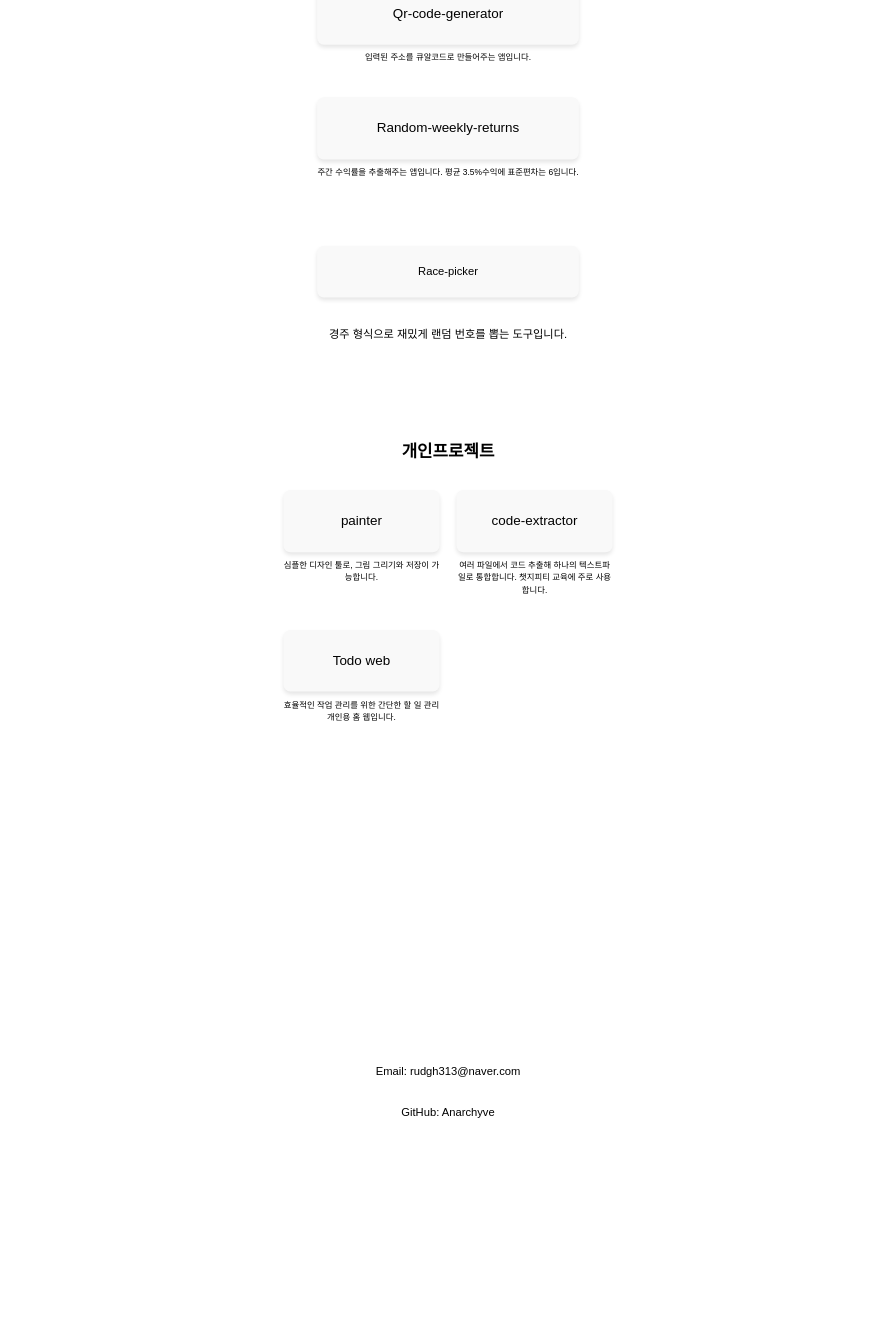
Repository: Anarchyve/portfolio
Page: index.html
An editor plug-in stored every save of this project. The page is shown before and after the next save, followed by the edit.
The browser window is 1280 px wide. The pictures show the part of the page from y = 1680 to 3600 px (the page is 3600 px tall), at 70% of full size.

Above is the page before, as saved 2024-11-17 20:00:04.

After the next save:
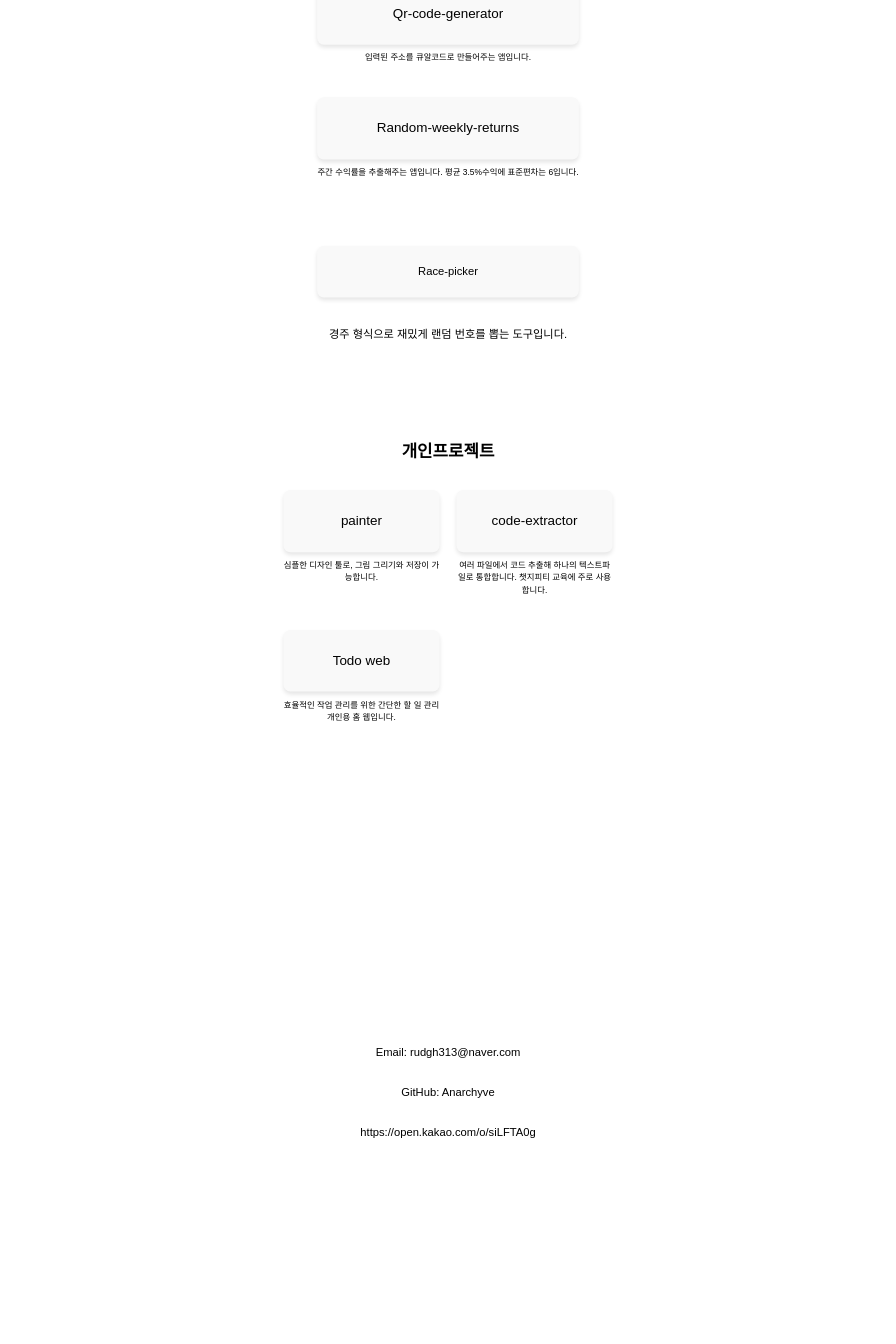
Saved 3 min 8 s later.
--- a/index.html
+++ b/index.html
@@ -76,6 +76,7 @@
     <section id="contact" class="scroll-section">
         <p>Email: rudgh313@naver.com</p>
         <p>GitHub: <a href="https://github.com/Anarchyve">Anarchyve</a></p>
+        <p>https://open.kakao.com/o/siLFTA0g</p>
     </section>
 
     <footer>
